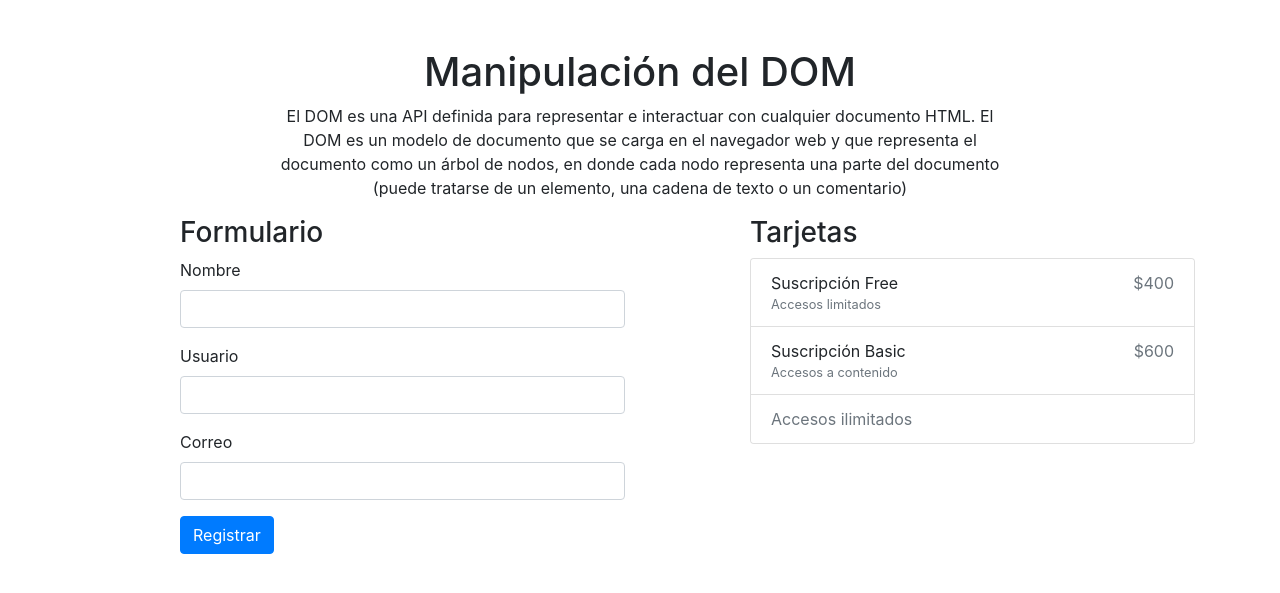
Repository: pedro-donoso/manipulacion-dom
Page: index.html
The author's editor kept a copy of each file at every save. The page is drawn from the files as they stood at one save, then again after a run of saves.
The browser window is 1280 px wide. The pictures show the whole page.

Above is the page before, as saved 2024-02-05 21:33:21.

### index.html
<!doctype html>
<html lang="es">

<head>
    <!-- Required meta tags -->
    <meta charset="utf-8">
    <meta name="viewport" content="width=device-width, initial-scale=1, shrink-to-fit=no">

    <!-- Bootstrap CSS -->
    <link rel="stylesheet" href="https://cdn.jsdelivr.net/npm/bootstrap@4.3.1/dist/css/bootstrap.min.css"
        integrity="sha384-ggOyR0iXCbMQv3Xipma34MD+dH/1fQ784/j6cY/iJTQUOhcWr7x9JvoRxT2MZw1T" crossorigin="anonymous">

    <title>Manipulación del DOM</title>
</head>

<body>

    <main class="container">
        <div class="row mt-5 text-center">
            <div class="col-12 col-md-8 offset-md-2">
                <h1>Manipulación del DOM</h1>
                <p>
                    El DOM es una API definida para representar e interactuar con cualquier documento HTML. El DOM es un modelo de documento que se carga en el navegador web y que representa el documento como un árbol de nodos, en donde cada nodo representa una parte del documento (puede tratarse de un elemento, una cadena de texto o un comentario)
                </p>
            </div>
        </div>
        <div class="row">
            <div class="col-12 col-md-5 offset-md-1">
                <h3>Formulario</h3>
                <form>
                    <label>Nombre</label>
                    <input type="text" class="form-control mb-3">
                    <label>Usuario</label>
                    <input type="text" class="form-control mb-3">
                    <label>Correo</label>
                    <input type="email" class="form-control mb-3">
                    <div>
                        <button class="btn btn-primary mb-3">Registrar</button>
                    </div>
                </form>
            </div>
            <div class="col-12 col-md-5 offset-md-1">
                <h3>Tarjetas</h3>
                <div class="card">
                    <ul class="list-group list-group-flush">
                        <li class="list-group-item d-flex justify-content-between">
                            <div class="d-flex flex-column">
                                <span>Suscripción Free</span>
                                <small class="text-muted">Accesos limitados</small>
                            </div>
                            <div>
                                <span class="text-muted">$400</span>
                            </div>
                        </li>
                        <li class="list-group-item d-flex justify-content-between">
                            <div class="d-flex flex-column">
                                <span>Suscripción Basic</span>
                                <small class="text-muted">Accesos a contenido</small>
                            </div>
                            <div>
                                <span class="text-muted">$600</span>
                            </div>
                        </li>
                        <li class="list-group-item d-flex justify-content-between">
                            <div class="d-flex flex-column">
                                <span class="text-muted">Accesos ilimitados</span>
                                <small></small>
                            </div>
                        </li>
                    </ul>
                </div>
            </div>
        </div>
    </main>

    <!-- Optional JavaScript -->
    <!-- jQuery first, then Popper.js, then Bootstrap JS -->
    <script src="https://code.jquery.com/jquery-3.3.1.slim.min.js"
        integrity="sha384-q8i/X+965DzO0rT7abK41JStQIAqVgRVzpbzo5smXKp4YfRvH+8abtTE1Pi6jizo"
        crossorigin="anonymous"></script>
    <script src="https://cdn.jsdelivr.net/npm/popper.js@1.14.7/dist/umd/popper.min.js"
        integrity="sha384-UO2eT0CpHqdSJQ6hJty5KVphtPhzWj9WO1clHTMGa3JDZwrnQq4sF86dIHNDz0W1"
        crossorigin="anonymous"></script>
    <script src="https://cdn.jsdelivr.net/npm/bootstrap@4.3.1/dist/js/bootstrap.min.js"
        integrity="sha384-JjSmVgyd0p3pXB1rRibZUAYoIIy6OrQ6VrjIEaFf/nJGzIxFDsf4x0xIM+B07jRM"
        crossorigin="anonymous"></script>

        <script src="./app.js"></script>
</body>

</html>

Loaded but not shown: app.js (no copy from this time; the picture is the same without it)

After the next 3 saves:
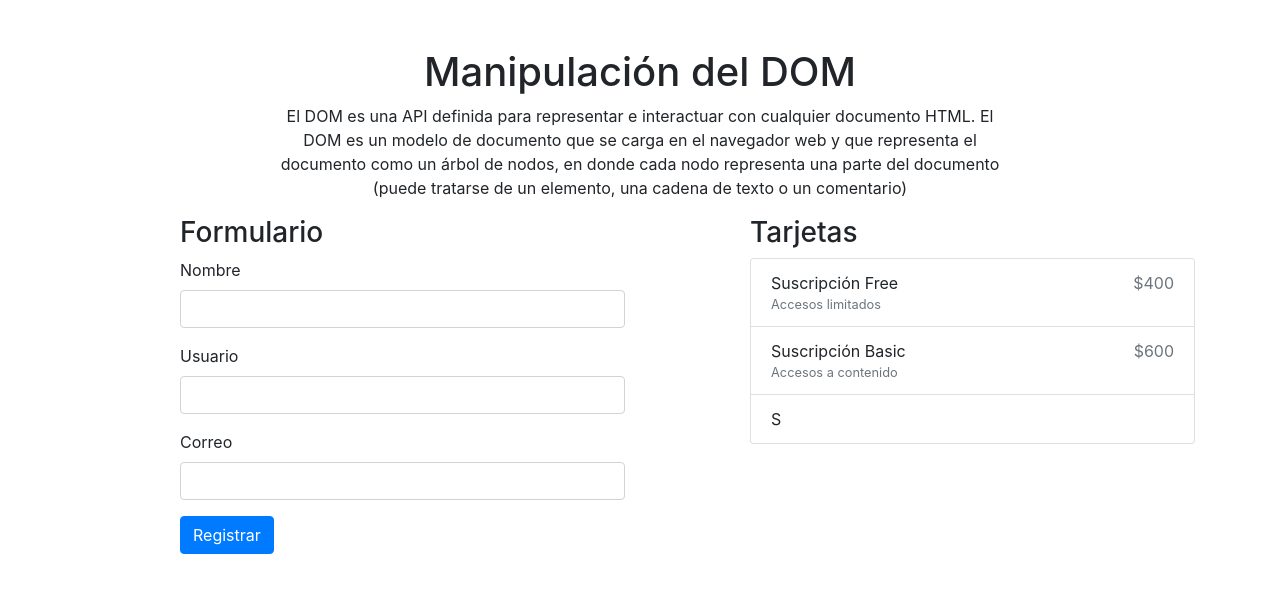
The 3 saves are shown as one change because they came seconds apart.
The last was saved 21 s later.
--- a/index.html
+++ b/index.html
@@ -63,7 +63,7 @@
                         </li>
                         <li class="list-group-item d-flex justify-content-between">
                             <div class="d-flex flex-column">
-                                <span class="text-muted">Accesos ilimitados</span>
+                                <span>S</span>
                                 <small></small>
                             </div>
                         </li>
